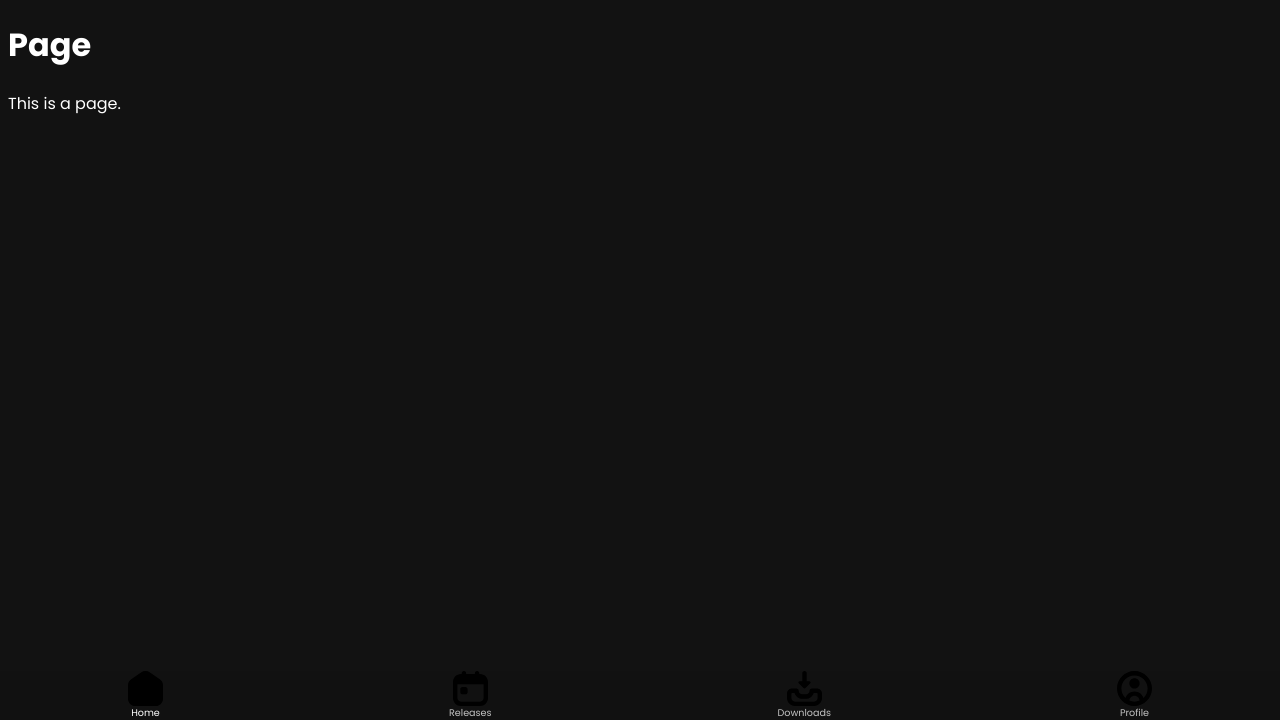
Repository: NubbDev/anime-frontend
Page: /
The author's editor kept a copy of each file at every save. The page is drawn from the files as they stood at one save, then again after the next save.
The browser window is 1280 px wide. The pictures show the whole page.
The project was rebuilt for these pictures with package versions that can differ from the ones it lists, and the page was loaded fresh each time. The framework's server and built-in components were replaced by stand-ins that run in the browser. Also part of the build but not shown: svelte.config.js, vite.config.js.

Above is the page before, as saved 2024-08-08 01:40:10.

### src/app.html
<!doctype html>
<html lang="en">
  <head>
    <meta charset="utf-8" />
    <link rel="icon" href="%sveltekit.assets%/favicon.png" />
    <link rel="stylesheet" href="%sveltekit.assets%/style/global.css" />
    <meta name="viewport" content="width=device-width, initial-scale=1" />
    <title>Tauri + SvelteKit + Typescript App</title>
    %sveltekit.head%
  </head>
  <body data-sveltekit-preload-data="hover">
    <div style="display: contents">%sveltekit.body%</div>
  </body>
</html>

### src/routes/+page.svelte
<script lang="ts">
  import NavBar from "../components/navigation/NavBar.svelte";
</script>

<main>
  <h1>Page</h1>
  <p>This is a page.</p>

</main>

<NavBar />

<style>

  main {

  }
</style>

### src/components/navigation/NavBar.svelte
<script lang="ts">
    import FilledHouse from '$lib/assets/icons/house-blank-filled.svg';
    import LinedHouse from '$lib/assets/icons/house-blank.svg';
    import FilledCalendar from '$lib/assets/icons/calendar-solid.svg';
    import LinedCalendar from '$lib/assets/icons/calendar-thin.svg';
    import FilledDownload from '$lib/assets/icons/inbox-in-filled.svg';
    import LinedDownload from '$lib/assets/icons/inbox-in.svg';
    import FilledProfile from '$lib/assets/icons/circle-user-filled.svg';
    import LineProfile from '$lib/assets/icons/circle-user.svg';
  import { onMount } from 'svelte';
    // assets/icons/house-blank.svg
    const navOptions: { name: string, href: string, selected: string, unSelected: string }[] = [
        {
            name: 'Home',
            href: '/',
            selected: FilledHouse,
            unSelected: LinedHouse
        },
        {
            name: 'Releases',
            href: '/releases',
            selected: FilledCalendar,
            unSelected: LinedCalendar

        },
        {
            name: 'Downloads',
            href: '/downloads',
            selected: FilledDownload,
            unSelected: LinedDownload
        },
        {
            name: 'Profile',
            href: '/profile',
            selected: FilledProfile,
            unSelected: LineProfile
        }
    ]

    let path: string;
    onMount(() => {
        path = '/' + window.location.pathname.split('/')[1];
        console.log(path);
    })
</script>

<nav>

    {#each navOptions as option}
        <a href={option.href}>
            {#if path === option.href}
                <img src={option.selected} alt="/" style="fill: white;">
                <span>{option.name}</span>
            {:else}
                <img src={option.unSelected} alt={option.name} >
                <span style="color: var(--icon-unselected);">{option.name}</span>
            {/if}
        </a>
    {/each}
</nav>

<style>
    nav {
        display: flex;
        justify-content: space-between;
        box-sizing: border-box;
        padding: 0 10vw;
        position: fixed;
        bottom: 0;
        left: 0;
        margin: 0;
        width: 100vw;
        background-color: rgba(18, 18, 18, 0.8);
        backdrop-filter: 16;
    }

    nav a img {
        width: 35px;
        height: 35px;
    }
    nav a span {
        color: white;
        font-size: 0.6rem;
        text-decoration: none;
    }
    nav a {
        display: flex;
        flex-direction: column;
        align-items: center;
        justify-content: center;
        text-decoration: none;
    }
</style>

### static/style/global.css
@import url('../font/font.css');

body {
    --background: #121212;
    --primary: #0084FF;
    --headings: #FFFFFF;
    --sub-text: rgba(255, 255, 255, 75%);
    --icon-unselected: rgba(255, 255, 255, 75%);

    background-color: var(--background);

    font-family: 'Poppins';
    color: var(--headings);

}

### static/font/font.css
@font-face {
    font-family: 'Poppins';
    src: url("./Poppins-Thin.ttf") format('truetype');
    font-display: swap;
    font-style: normal;
    font-weight: 100;
}

@font-face {
    font-family: 'Poppins';
    src: url("./Poppins-ThinItalic.ttf") format('truetype');
    font-display: swap;
    font-style: italic;
    font-weight: 100;
}

@font-face {
    font-family: 'Poppins';
    src: url("./Poppins-ExtraLight.ttf") format('truetype');
    font-display: swap;
    font-style: normal;
    font-weight: 200;
}

@font-face {
    font-family: 'Poppins';
    src: url("./Poppins-ExtraLightItalic.ttf") format('truetype');
    font-display: swap;
    font-style: italic;
    font-weight: 200;
}

@font-face {
    font-family: 'Poppins';
    src: url("./Poppins-Light.ttf") format('truetype');
    font-display: swap;
    font-style: normal;
    font-weight: 300;
}

@font-face {
    font-family: 'Poppins';
    src: url("./Poppins-LightItalic.ttf") format('truetype');
    font-display: swap;
    font-style: italic;
    font-weight: 300;
}

@font-face {
    font-family: 'Poppins';
    src: url("./Poppins-Regular.ttf") format('truetype');
    font-display: swap;
    font-style: normal;
    font-weight: 400;
}

@font-face {
    font-family: 'Poppins';
    src: url("./Poppins-Italic.ttf") format('truetype');
    font-display: swap;
    font-style: italic;
    font-weight: 400;
}

@font-face {
    font-family: 'Poppins';
    src: url("./Poppins-Medium.ttf") format('truetype');
    font-display: swap;
    font-style: normal;
    font-weight: 500;
}

@font-face {
    font-family: 'Poppins';
    src: url("./Poppins-MediumItalic.ttf") format('truetype');
    font-display: swap;
    font-style: italic;
    font-weight: 500;
}

@font-face {
    font-family: 'Poppins';
    src: url("./Poppins-SemiBold.ttf") format('truetype');
    font-display: swap;
    font-style: normal;
    font-weight: 600;
}

@font-face {
    font-family: 'Poppins';
    src: url("./Poppins-SemiBoldItalic.ttf") format('truetype');
    font-display: swap;
    font-style: italic;
    font-weight: 600;
}

@font-face {
    font-family: 'Poppins';
    src: url("./Poppins-Bold.ttf") format('truetype');
    font-display: swap;
    font-style: normal;
    font-weight: 700;
}

@font-face {
    font-family: 'Poppins';
    src: url("./Poppins-BoldItalic.ttf") format('truetype');
    font-display: swap;
    font-style: italic;
    font-weight: 700;
}

@font-face {
    font-family: 'Poppins';
    src: url("./Poppins-ExtraBold.ttf") format('truetype');
    font-display: swap;
    font-style: normal;
    font-weight: 800;
}

@font-face {
    font-family: 'Poppins';
    src: url("./Poppins-ExtraBoldItalic.ttf") format('truetype');
    font-display: swap;
    font-style: italic;
    font-weight: 800;
}

@font-face {
    font-family: 'Poppins';
    src: url("./Poppins-Black.ttf") format('truetype');
    font-display: swap;
    font-style: normal;
    font-weight: 900;
}

@font-face {
    font-family: 'Poppins';
    src: url("./Poppins-BlackItalic.ttf") format('truetype');
    font-display: swap;
    font-style: italic;
    font-weight: 900;
}

Loaded but not shown: src/routes/+layout.ts (common file)

After the next save:
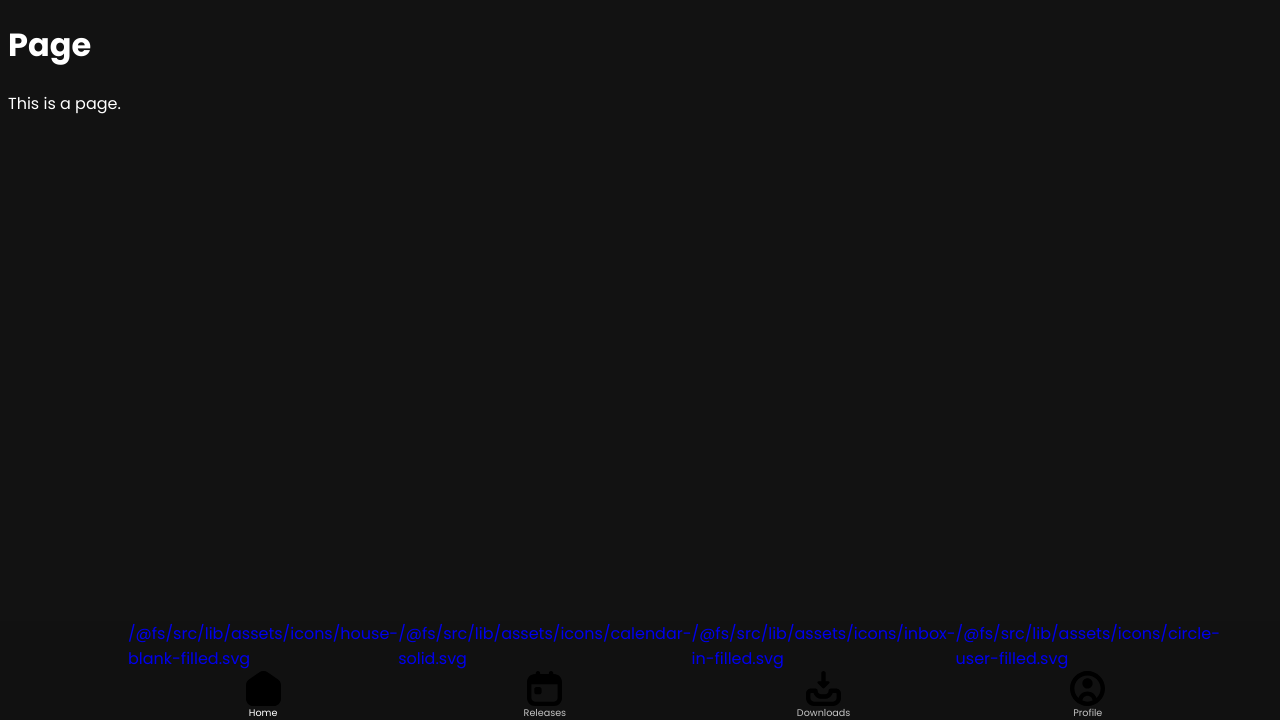
Saved 4 min 44 s later.
--- a/src/components/navigation/NavBar.svelte
+++ b/src/components/navigation/NavBar.svelte
@@ -40,7 +40,6 @@
     let path: string;
     onMount(() => {
         path = '/' + window.location.pathname.split('/')[1];
-        console.log(path);
     })
 </script>
 
@@ -48,6 +47,7 @@
 
     {#each navOptions as option}
         <a href={option.href}>
+            {option.selected}
             {#if path === option.href}
                 <img src={option.selected} alt="/" style="fill: white;">
                 <span>{option.name}</span>

After the save that followed:
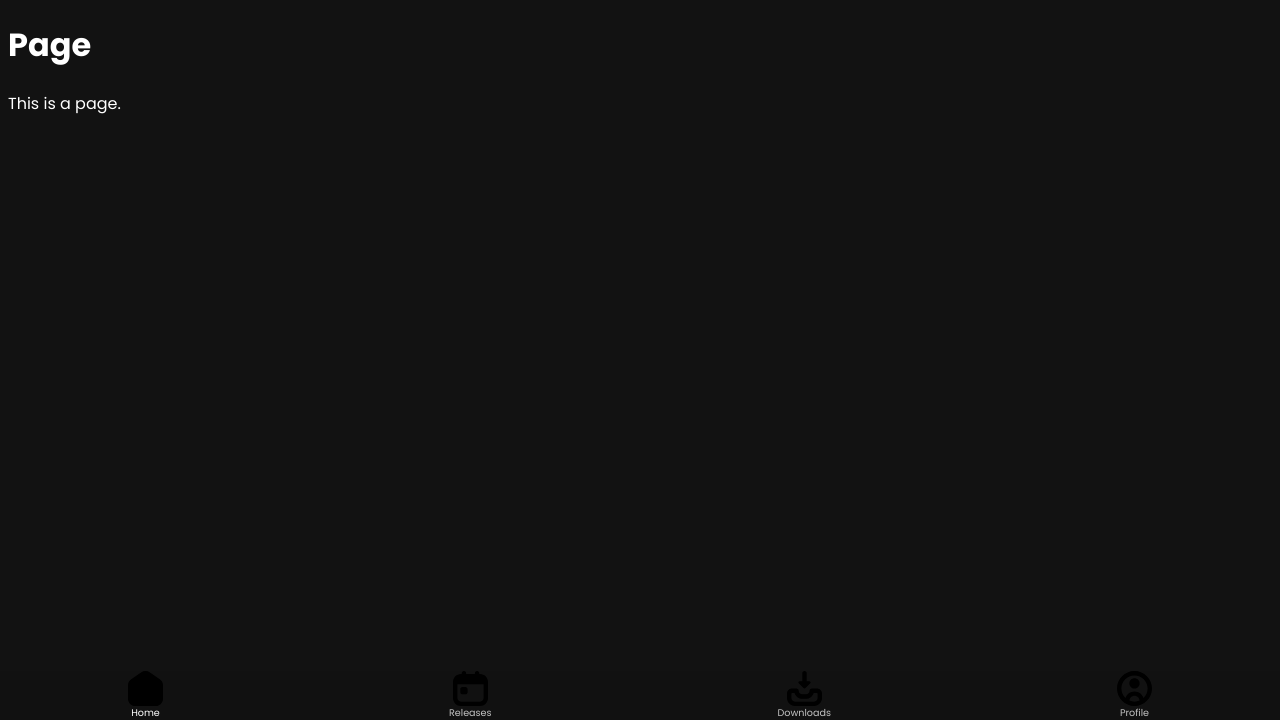
Saved 2 min 12 s later.
--- a/src/components/navigation/NavBar.svelte
+++ b/src/components/navigation/NavBar.svelte
@@ -47,7 +47,6 @@
 
     {#each navOptions as option}
         <a href={option.href}>
-            {option.selected}
             {#if path === option.href}
                 <img src={option.selected} alt="/" style="fill: white;">
                 <span>{option.name}</span>
